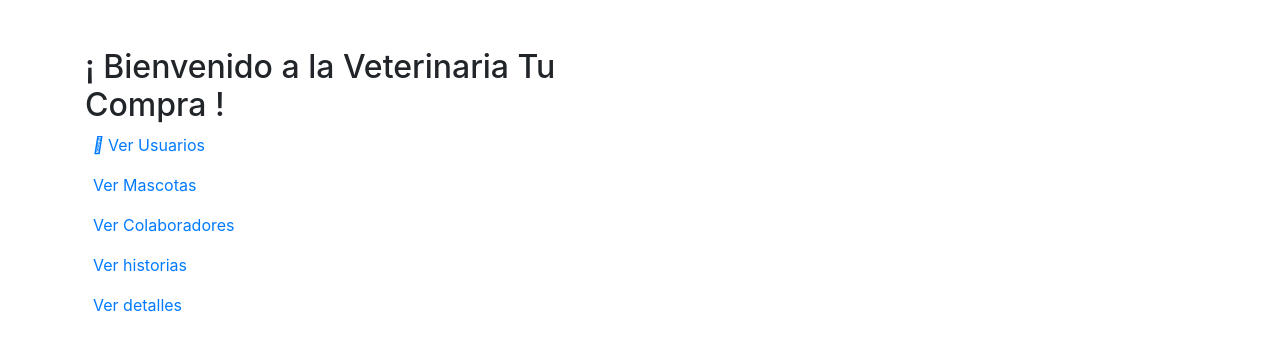
Repository: SebasBarrera/historial-clinico-veterinario
Page: historial-clinico-veterinario-backend/src/main/resources/static/index.html
These files come from the project's save history. The page is drawn as it stood at one moment and after the next save; the edit follows.
The browser window is 1280 px wide. The pictures show the whole page.
Some icons come from a web library that is not loaded, so they are not drawn. Some web libraries are served in a nearby version.

Above is the page before, as saved 2023-02-27 05:47:25.

After the next save:
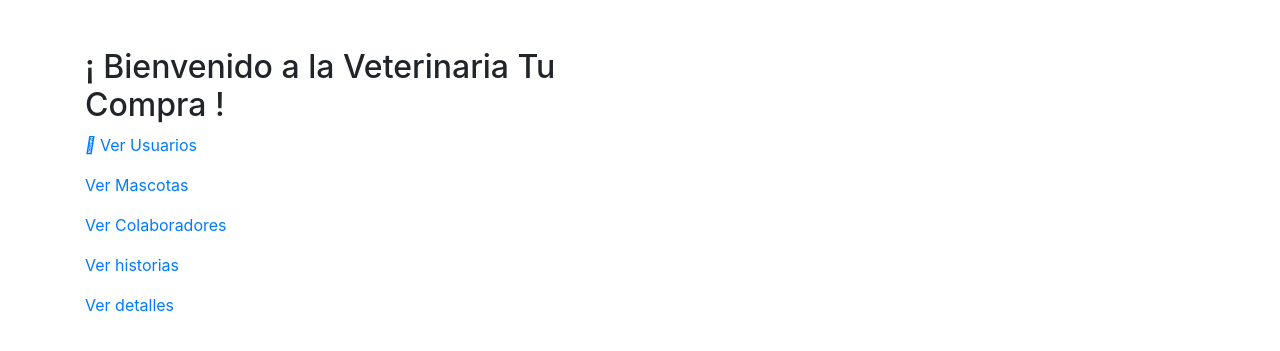
Saved 28 s later.
--- a/historial-clinico-veterinario-backend/src/main/resources/static/index.html
+++ b/historial-clinico-veterinario-backend/src/main/resources/static/index.html
@@ -20,11 +20,11 @@
 			<div class="col-md-6">
 				<h2>¡ Bienvenido a la Veterinaria Tu Compra !</h2>
 
-				<p><a href="/usuario/"><i class="fa-solid fa-user ml-2"></i> Ver Usuarios</a></p>
-				<p><a href="/mascota/"><i class="fa-solid fa-paw-simple ml-2"></i> Ver Mascotas</a></p>
-				<p><a href="/colaborador/"><i class="fa-solid fa-user-doctor ml-2"></i> Ver Colaboradores</a></p>
-				<p><a href="/historia/"><i class="fa-solid fa-paw-simple ml-2"></i> Ver historias</a></p>
-				<p><a href="/detalle/"><i class="fa-solid fa-user-doctor ml-2"></i> Ver detalles</a></p>
+				<p><a href="/usuario/"><i class="fa-solid fa-user "></i> Ver Usuarios</a></p>
+				<p><a href="/mascota/"><i class="fa-solid fa-paw-simple"></i> Ver Mascotas</a></p>
+				<p><a href="/colaborador/"><i class="fa-solid fa-user-doctor"></i> Ver Colaboradores</a></p>
+				<p><a href="/historia/"><i class="fa-solid fa-paw-simple"></i> Ver historias</a></p>
+				<p><a href="/detalle/"><i class="fa-solid fa-user-doctor "></i> Ver detalles</a></p>
 				<!-- <p><a href="/specialqueries/address/"><i class="fas fa-calendar ml-2"></i> Go to Special Queries</a></p>-->
 				<!--  <a href="/logout" class="btn btn-primary">Logout</a>-->
 			</div>
